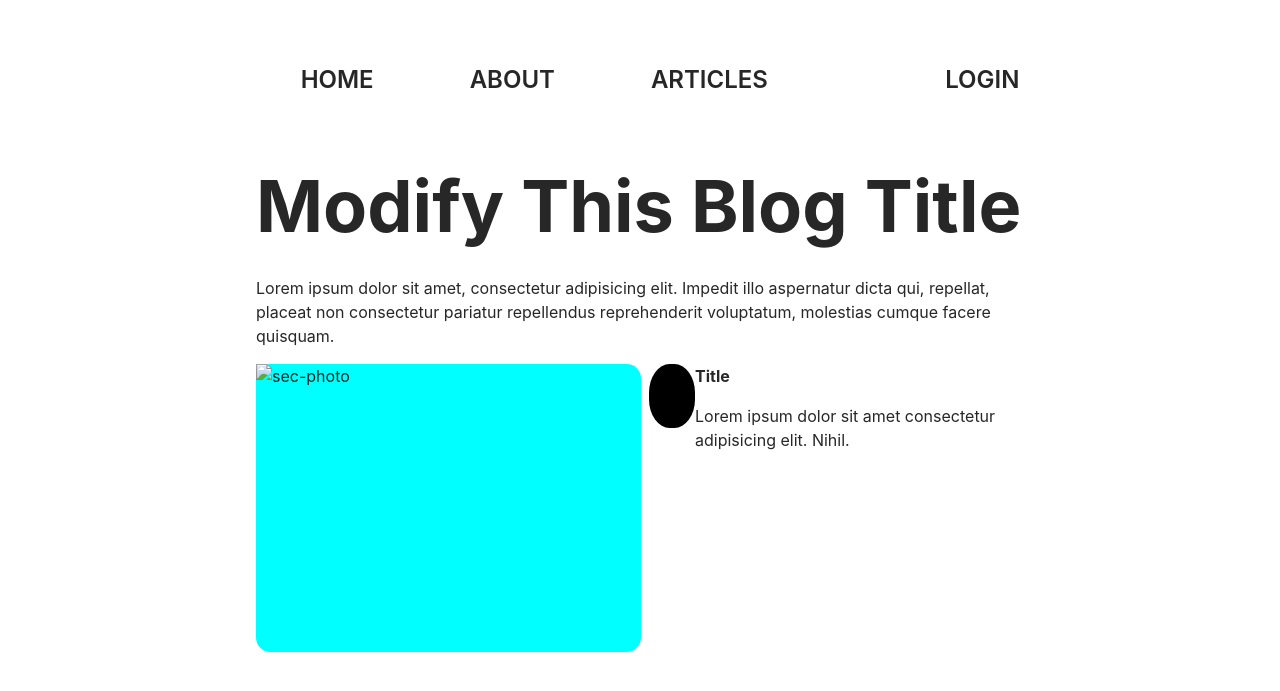
Repository: ValGrace/-static-site
Page: /home (app in client/)
An editor plug-in stored every save of this project. The page is shown before and after the next save, followed by the edit.
The browser window is 1280 px wide. The pictures show the whole page.
The project was rebuilt for these pictures with package versions that can differ from the ones it lists, and the page was loaded fresh each time. Also part of the build but not shown: client/vite.config.js, client/src/Utils/appwrite.js, client/src/Components/Inputs.css, client/src/Components/Login.jsx, client/src/Components/Signup.jsx.

Above is the page before, as saved 2023-02-05 12:02:56.

After the next save:
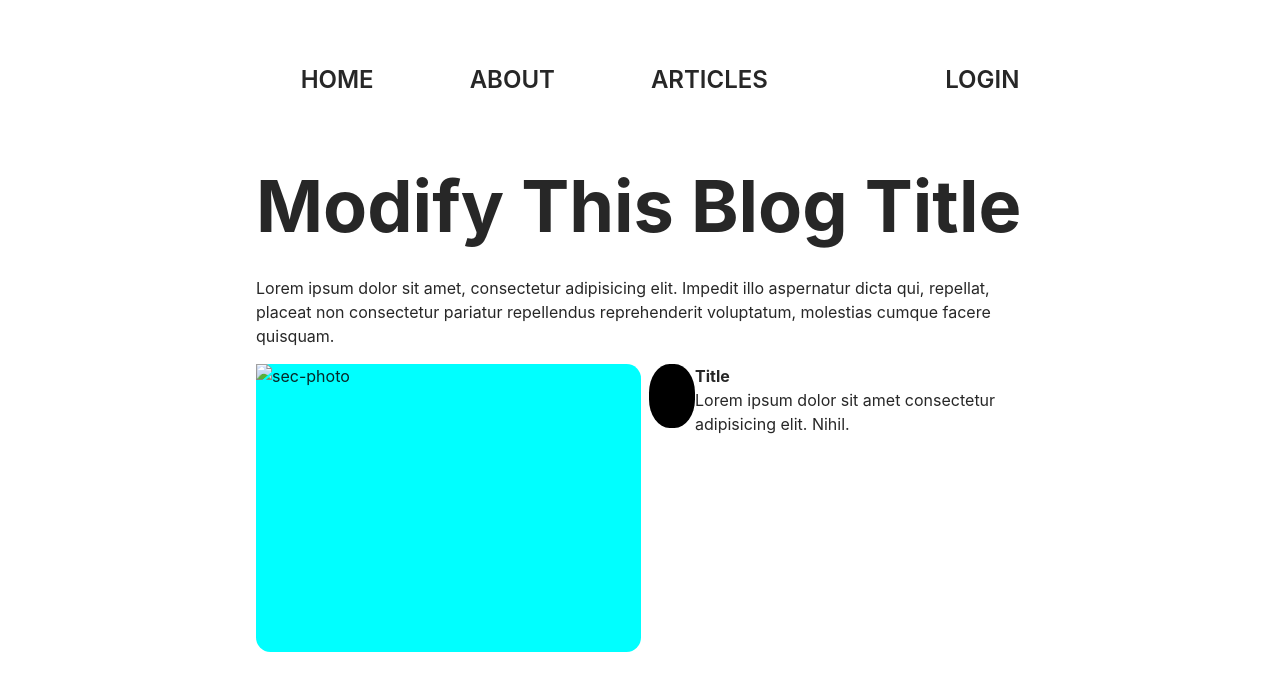
Saved 27 s later.
--- a/client/src/Components/Navbar.css
+++ b/client/src/Components/Navbar.css
@@ -58,6 +58,6 @@ nav > ul{
     border-radius: 45%;
 }
 
-.side-blogs > h4 {
+.side-blogs > h4, .side-blogs > p {
     margin: 0;
 }
